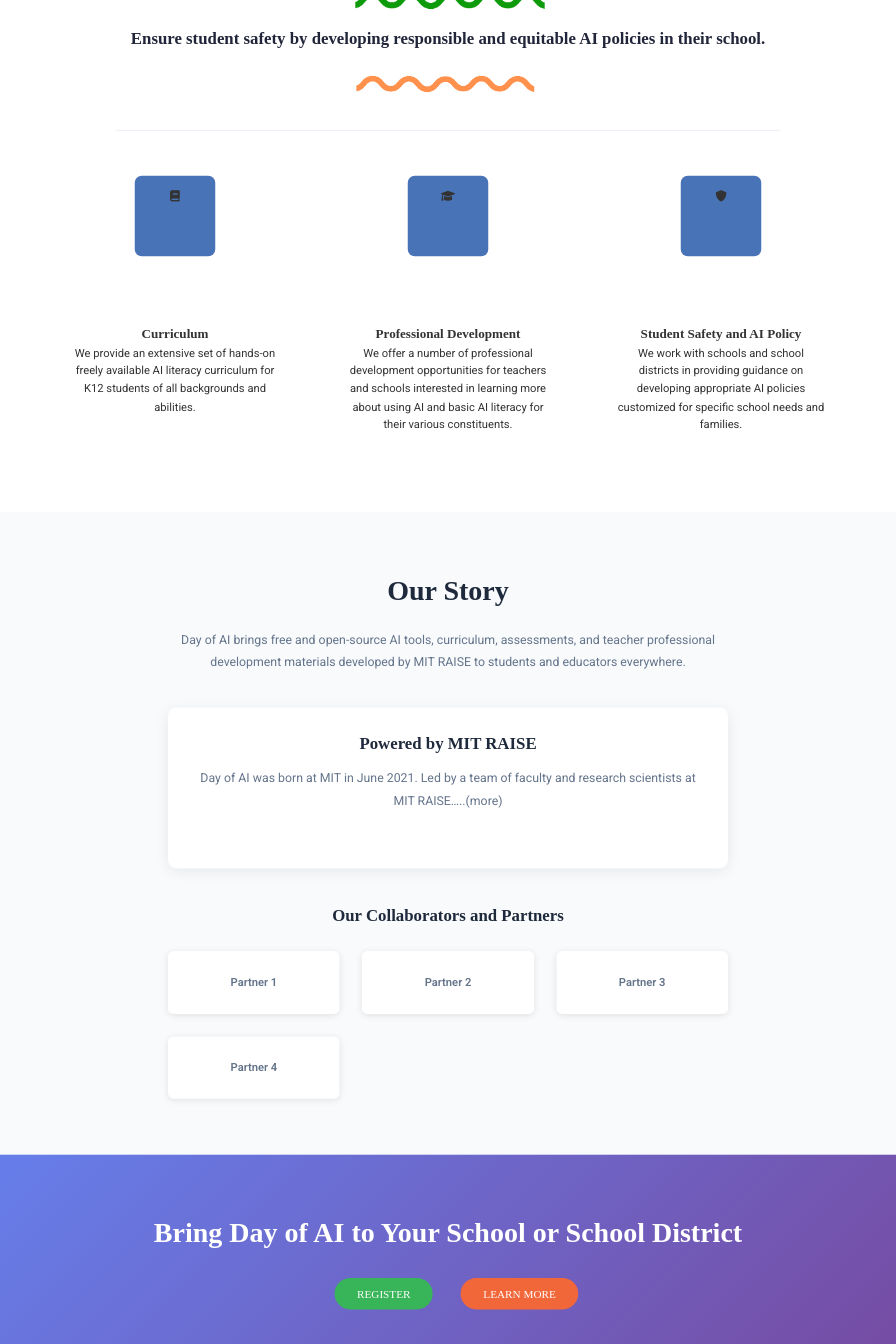
Repository: dinhtri123/dayofai
Page: index.html
An editor plug-in stored every save of this project. The page is shown before and after the next save, followed by the edit.
The browser window is 1280 px wide. The pictures show the part of the page from y = 1242 to 3162 px (the page is 3730 px tall before and 3734 px after), at 70% of full size.
A picture or video elsewhere on the page could not be fetched, so the positions and the page height are approximate. Some web fonts or font styles are not loaded; a fallback is used.

Above is the page before, as saved 2025-06-29 08:52:39.

### index.html
<!DOCTYPE html>
<html lang="en">

<head>
  <meta charset="UTF-8">
  <meta name="viewport" content="width=device-width, initial-scale=1.0">
  <title>Day of AI - AI is for everyone</title>
  <link rel="stylesheet" href="styles.css">
  <link rel="preconnect" href="https://fonts.googleapis.com">
  <link rel="preconnect" href="https://fonts.gstatic.com" crossorigin>
  <link href="https://fonts.googleapis.com/css2?family=Gugi&family=Roboto:ital,wght@0,100..900;1,100..900&display=swap"
    rel="stylesheet">
  <link rel="stylesheet" href="https://cdnjs.cloudflare.com/ajax/libs/font-awesome/6.0.0/css/all.min.css">
</head>

<body>
  <!-- Header -->
  <header class="header">
    <nav class="navbar container">
      <div class="nav-container">
        <div class="nav-logo">
          <img src="./images/logo.svg" alt="Day of AI Logo">
        </div>

        <div class="header-main">
          <div class="header-search">
            <i class="fa-solid fa-magnifying-glass"></i>
            <input type="search" name="search" id="search" placeholder="SEARCH">
          </div>
          <div class="header-menu">
            <ul class="nav-menu">
              <li class="nav-item dropdown">
                <a href="#" class="nav-link">Teachers <i class="fa-solid fa-caret-down"></i></a>
                <ul class="dropdown-menu">
                  <li><a href="#">Curriculum</a></li>
                  <li><a href="#">Seasonal and Monthly Activities</a></li>
                  <li><a href="#">Professional Development</a></li>
                  <li><a href="#">Family Resources</a></li>
                </ul>
              </li>
              <li class="nav-item dropdown">
                <a href="#" class="nav-link">School Administrators <i class="fa-solid fa-caret-down"></i></a>
                <ul class="dropdown-menu">
                  <li><a href="#">Professional Development</a></li>
                  <li><a href="#">Curriculum</a></li>
                  <li><a href="#">Student Safety & AI Policy</a></li>
                  <li><a href="#">Family Resources</a></li>
                </ul>
              </li>
              <li class="nav-item">
                <a href="#" class="nav-link">International</a>
              </li>
              <li class="nav-item">
                <a href="#" class="nav-link">Partners</a>
              </li>
              <li class="nav-item dropdown">
                <a href="#" class="nav-link">About Us <i class="fa-solid fa-caret-down"></i></a>
                <ul class="dropdown-menu">
                  <li><a href="#">Our Team</a></li>
                  <li><a href="#">Our Story</a></li>
                  <li><a href="#">FAQ</a></li>
                  <li><a href="#">News & Impact</a></li>
                </ul>
              </li>
              <li class="nav-item">
                <a href="#" class="nav-link">Contact Us</a>
              </li>
            </ul>
            <div class="nav-buttons">
              <button class="btn btn-primary">Register</button>
            </div>
          </div>
        </div>


        <div class="hamburger">
          <span class="icon-menu">
            <i class="fa-solid fa-bars"></i>
          </span>
          <span class="icon-close">
            <i class="fa-solid fa-xmark"></i>
          </span>
        </div>
      </div>
    </nav>
  </header>

  <main>
    <!-- Hero Section -->
    <section class="hero">
      <div class="hero-video">
        <video src="./images/hero-video-short2.mp4" autoplay muted loop></video>
      </div>
      <div class="container">
        <div class="hero-content">
          <h1 class="hero-title">AI is for everyone.</h1>
          <p class="hero-subtitle">Empower your school and your students to thrive in a world of AI!</p>
          <div class="hero-bottom">
            <h3>Day of AI + Common Sense Media Have Teamed Up for Families!</h3>
            <button class="btn btn-primary">Learn More</button>
          </div>
        </div>
      </div>
    </section>
    <section class="section-desc">
      <div class="container">
        <div class="content-grid">
          <div class="content-item">
            <h2>Day of AI isn't just one day</h2>
            <p>—it's your day to explore AI whenever it fits your schedule! Whether a single lesson or a full event, Day
              of AI can be run at your school over a day, week, month, or year. Feel free to contact us to help you
              decide
              how to bring AI literacy to your students!</p>
          </div>

          <div class="content-item">
            <h2>We work with schools and school districts to:</h2>
            <div class="services-grid">
              <div class="service-card">
                <h3>Create AI literacy programs for all school stakeholders, including students, teachers,
                  administrators,
                  and families.</h3>
                  <img src="./images/line1.webp" alt="">
              </div>
              <div class="service-card">
                <h3>Train and educate teachers on how to use AI and AI-enabled tools to support their work.</h3>
                <img src="./images/line2.webp" alt="">
              </div>
              <div class="service-card">
                <h3>Ensure student safety by developing responsible and equitable AI policies in their school.</h3>
                <img src="./images/line3.webp" alt="">
              </div>
            </div>
          </div>
        </div>
      </div>
    </section>

    <!-- Features Section -->
    <section class="features">
      <div class="container">
        <div class="features-grid">
          <div class="feature-card">
            <div class="feature-icon">
              <i class="fas fa-book"></i>
            </div>
            <h3>Curriculum</h3>
            <p>We provide an extensive set of hands-on freely available AI literacy curriculum for K12 students of all
              backgrounds and abilities.</p>
          </div>

          <div class="feature-card">
            <div class="feature-icon">
              <i class="fas fa-graduation-cap"></i>
            </div>
            <h3>Professional Development</h3>
            <p>We offer a number of professional development opportunities for teachers and schools interested in
              learning
              more about using AI and basic AI literacy for their various constituents.</p>
          </div>

          <div class="feature-card">
            <div class="feature-icon">
              <i class="fas fa-shield-alt"></i>
            </div>
            <h3>Student Safety and AI Policy</h3>
            <p>We work with schools and school districts in providing guidance on developing appropriate AI policies
              customized for specific school needs and families.</p>
          </div>
        </div>
      </div>
    </section>

    <!-- About Section -->
    <section class="about">
      <div class="container">
        <div class="about-content">
          <h2>Our Story</h2>
          <p>Day of AI brings free and open-source AI tools, curriculum, assessments, and teacher professional
            development
            materials developed by MIT RAISE to students and educators everywhere.</p>

          <div class="mit-section">
            <h3>Powered by MIT RAISE</h3>
            <p>Day of AI was born at MIT in June 2021. Led by a team of faculty and research scientists at MIT
              RAISE…..(more)</p>
          </div>

          <div class="partners-section">
            <h3>Our Collaborators and Partners</h3>
            <div class="partners-grid">
              <div class="partner-logo">Partner 1</div>
              <div class="partner-logo">Partner 2</div>
              <div class="partner-logo">Partner 3</div>
              <div class="partner-logo">Partner 4</div>
            </div>
          </div>
        </div>
      </div>
    </section>

    <!-- CTA Section -->
    <section class="cta">
      <div class="container">
        <div class="cta-content">
          <h2>Bring Day of AI to Your School or School District</h2>
          <div class="cta-buttons">
            <button class="btn btn-primary">Register</button>
            <button class="btn btn-secondary">Learn More</button>
          </div>
        </div>
      </div>
    </section>
  </main>

  <!-- Footer -->
  <footer class="footer">
    <div class="container">
      <div class="footer-content">
        <div class="footer-section">
          <p>&copy; 2025, Day of AI. All Rights Reserved.</p>
          <div class="footer-links">
            <a href="#">Privacy Policy</a>
            <a href="#">Accessibility</a>
            <a href="#">Terms of Use</a>
            <a href="#">Boston Web Design</a>
          </div>
        </div>

        <div class="footer-legal">
          <p>Unless stated otherwise, the DAY OF AI curriculum is licensed under a Creative Commons
            Attribution-NonCommercial-ShareAlike 4.0 International License (the "DAY OF AI Creative Commons license").
            The DAY OF AI Creative Commons license does not include a license to use the trademarks and service marks,
            DAY OF AI, DAY OF AI (and Design), the DAY OF AI logo, MASSACHUSETTS INSTITUTE OF TECHNOLOGY, MIT, the MIT
            logo, MIT RAISE, RAISE, or any other trademarks, service marks, or other intellectual property, owned by, or
            associated with, Massachusetts Institute of Technology, and such use is expressly excluded. DAY OF AI, DAY
            OF AI (and Design), and the DAY OF AI logo are trademarks and service marks of MASSACHUSETTS INSTITUTE OF
            TECHNOLOGY. All rights are reserved.</p>
        </div>

        <div class="footer-translate">
          <button class="translate-btn">Translate »</button>
        </div>
      </div>
    </div>
  </footer>

  <script src="script.js"></script>
</body>

</html>

### styles.css
:root {
  --font-family: "Roboto", sans-serif;
  --font-secondary: "Gugi", cursive;
  --color-primary: #4873b7;
  --color-secondary: #37b558;
  --color-third: #f26739;
}
* {
  margin: 0;
  padding: 0;
  box-sizing: border-box;
}

body {
  font-family: var(--font-family);
  line-height: 1.6;
  color: #333;
  overflow-x: hidden;
}

.container {
  max-width: 1170px;
  margin: 0 auto;
  padding: 0 15px;
}
h1,h2,h3,h4,h5,h6{
  font-family: var(--font-secondary);
}

/* Header Styles */
.header {
  background: #fff;
  box-shadow: 0 2px 10px rgba(0, 0, 0, 0.1);
  width: 100%;
}
.header-main {
  display: flex;
  flex-direction: column;
  flex: 1;
}
.header-search {
  display: flex;
  align-items: center;
  justify-content: end;
  border-bottom: 1px solid var(--color-primary);
  height: 35px;
}
.header-search input {
  border: none;
  outline: none;
  width: 100px;
  max-width: 300px;
  height: 100%;
  padding: 0 10px;
  transition: width 1s linear;
}
.header-search i {
  color: var(--color-secondary);
}

.navbar {
  padding: 10px 15px;
}

.nav-container {
  display: flex;
  justify-content: space-between;
  align-items: center;
}
.nav-logo {
  max-width: 160px;
  width: 100%;
  height: auto;
}

.nav-logo img {
  max-width: 90px;
  width: 100%;
  height: auto;
}

.header-menu {
  display: flex;
  align-items: center;
  justify-content: end;
  flex-wrap: wrap;
}
.nav-menu {
  display: flex;
  list-style: none;
  align-items: center;
}

.nav-item {
  position: relative;
}

.nav-link {
  text-decoration: none;
  color: #333;
  font-weight: 500;
  padding: 20px 16px;
  transition: color 0.3s ease;
  display: flex;
  align-items: center;
  gap: 5px;
}

.nav-link:hover {
  color: #2563eb;
}
.nav-link i {
  color: var(--color-primary);
}

.dropdown-menu {
  position: absolute;
  top: 100%;
  left: 0;
  background: #fff;
  box-shadow: 0 4px 20px rgba(0, 0, 0, 0.15);
  border-radius: 8px;
  min-width: 250px;
  width: max-content;
  opacity: 0;
  visibility: hidden;
  transform: translateY(-10px);
  transition: all 0.3s ease;
  list-style: none;
  overflow: hidden;
}

.dropdown:hover .dropdown-menu {
  opacity: 1;
  visibility: visible;
  transform: translateY(0);
}

.dropdown-menu li a {
  display: block;
  padding: 0.75rem 1.5rem;
  color: #333;
  text-decoration: none;
  transition: background-color 0.2s ease;
}

.dropdown-menu li a:hover {
  background-color: var(--color-primary);
  color: #fff;
}

.btn {
  display: flex;
  align-items: center;
  margin-left: 24px;
  font-family: var(--font-secondary);
  background-color: var(--color-secondary);
  color: #fff;
  padding: 0px 32px;
  border-radius: 30px;
  min-height: 45px;
  text-transform: uppercase;
  border: none;
  line-height: 1;
  font-size: 16px;
  transition: all 0.3s ease;
}
.btn-primary {
  background-color: var(--color-secondary);
}
.btn-primary:hover {
  background-color: var(--color-third);
}
.btn-secondary {
  background-color: var(--color-third);
  color: white;
}
.btn-secondary:hover {
  background-color: var(--color-secondary);
}
.bth-third {
  background: transparent;
  color: white;
  border: 1px solid white;
}
.bth-third:hover {
  background-color: var(--color-secondary);
}
.hamburger {
  display: none;
  flex-direction: column;
  cursor: pointer;
}
.hamburger i {
  font-size: 20px;
  color: black;
}

/* Hero Section */
.hero {
  color: #fff;
  position: relative;

  text-align: center;
}
.hero-content {
  position: relative;
  z-index: 1;
  min-height: 500px;
  display: flex;
  flex-direction: column;
  align-items: center;
  justify-content: center;
}
.hero-video {
  position: absolute;
  top: 0;
  left: 0;
  width: 100%;
  height: 100%;
  z-index: -1;
  overflow: hidden;
}
.hero-video::before {
  content: "";
  position: absolute;
  top: 0;
  left: 0;
  width: 100%;
  height: 100%;
  background: rgba(0, 0, 0, 0.5);
}
.hero-video video {
  width: 100%;
}

.hero-title {
  font-size: 64px;
  font-family: var(--font-secondary);
  font-weight: 700;
  margin-bottom: 8px;
  line-height: 1.2;
}

.hero-subtitle {
  font-size: 30px;
  max-width: 500px;
  margin: 0 auto;
}

.hero-bottom {
  display: flex;
  align-items: center;
  justify-content: space-between;
  gap: 16px;
  position: absolute;
  bottom: -30px;
  left: 50%;
  transform: translateX(-50%);
  background: var(--color-third);
  min-height: 60px;
  border-radius: 30px;
  width: 100%;
}
.hero-bottom h3 {
  font-size: 24px;
  color: white;
  padding: 0px 20px;
  font-weight: 300;
}
.hero-bottom button {
  background: var(--color-primary);
  padding: 0px 48px;
  text-transform: uppercase;
  font-family: var(--font-secondary);
  min-height: inherit;
}

.section-desc {
  padding: 100px 0 80px;
}

.content-grid {
  max-width: 950px;
  margin: 0 auto;
  text-align: center;
}
.content-item {
  border-bottom: 1px solid #e2e8f0;
  padding: 15px 0px;
}

.content-item h2 {
  font-size: 38px;
  color: var(--color-primary);
  margin-bottom: 8px;
  font-weight: 500;
}

.content-item p {
  font-size: 24px;
  font-family: var(--font-secondary);
  color: #212539;
}
.services-card {
  text-align: center
}
.service-card h3 {
  color: #212539;
  font-size: 24px;
  font-weight: 600;
}
.service-card img {
  max-width: 300px;
  margin: 0 auto;
}

/* Features Section */
.features {
  padding: 80px 0;
  background: #fff;
}

.features-grid {
  display: grid;
  grid-template-columns: repeat(3, 1fr);
  gap: 30px;
}
.feature-card {
  text-align: center;
  padding: 115px 32px 32px;
  position: relative;
}
.feature-card .feature-icon {
  position: absolute;
  top: -50%;
  left: 50%;
  transform: translate(-50%, 50%);
  width: 115px;
  height: 115px;
  background: var(--color-primary);
  border-radius: 10px;
  padding: 16px;
}

/* About Section */
.about {
  padding: 80px 0;
  background: #f8fafc;
}

.about-content {
  max-width: 800px;
  margin: 0 auto;
  text-align: center;
}

.about-content h2 {
  font-size: 2.5rem;
  font-weight: 600;
  margin-bottom: 1.5rem;
  color: #1e293b;
}

.about-content p {
  font-size: 1.1rem;
  color: #64748b;
  line-height: 1.8;
  margin-bottom: 3rem;
}

.mit-section {
  background: #fff;
  padding: 2rem;
  border-radius: 12px;
  margin: 2rem 0;
  box-shadow: 0 4px 20px rgba(0, 0, 0, 0.08);
}

.mit-section h3 {
  font-size: 1.5rem;
  font-weight: 600;
  margin-bottom: 1rem;
  color: #1e293b;
}

.partners-section {
  margin-top: 3rem;
}

.partners-section h3 {
  font-size: 1.5rem;
  font-weight: 600;
  margin-bottom: 2rem;
  color: #1e293b;
}

.partners-grid {
  display: grid;
  grid-template-columns: repeat(auto-fit, minmax(200px, 1fr));
  gap: 2rem;
}

.partner-logo {
  background: #fff;
  padding: 2rem;
  border-radius: 8px;
  text-align: center;
  box-shadow: 0 2px 10px rgba(0, 0, 0, 0.1);
  font-weight: 600;
  color: #64748b;
}

/* CTA Section */
.cta {
  padding: 80px 0;
  background: linear-gradient(135deg, #667eea 0%, #764ba2 100%);
  color: #fff;
  text-align: center;
}

.cta-content h2 {
  font-size: 2.5rem;
  font-weight: 600;
  margin-bottom: 2rem;
}

.cta-buttons {
  display: flex;
  gap: 1rem;
  justify-content: center;
  flex-wrap: wrap;
}

/* Footer */
.footer {
  background: #1e293b;
  color: #fff;
  padding: 60px 0 30px;
}

.footer-content {
  display: grid;
  gap: 2rem;
}

.footer-section {
  display: flex;
  justify-content: space-between;
  align-items: center;
  flex-wrap: wrap;
  gap: 1rem;
}

.footer-links {
  display: flex;
  gap: 2rem;
  flex-wrap: wrap;
}

.footer-links a {
  color: #cbd5e1;
  text-decoration: none;
  transition: color 0.3s ease;
}

.footer-links a:hover {
  color: #fff;
}

.footer-legal {
  border-top: 1px solid #334155;
  padding-top: 2rem;
}

.footer-legal p {
  font-size: 0.9rem;
  color: #94a3b8;
  line-height: 1.6;
}

.footer-translate {
  text-align: center;
  padding-top: 2rem;
}

.translate-btn {
  background: transparent;
  color: #cbd5e1;
  border: 1px solid #475569;
  padding: 0.5rem 1rem;
  border-radius: 6px;
  cursor: pointer;
  transition: all 0.3s ease;
}

.translate-btn:hover {
  background: #475569;
  color: #fff;
}

/* Responsive Design */
@media (max-width: 768px) {
  .header-main {
    position: absolute;
    top: 100%;
    left: 0px;
    flex-direction: column;
    background-color: #fff;
    width: 100%;
    text-align: center;
    transition: 0.3s;
    box-shadow: 0 10px 27px rgba(0, 0, 0, 0.05);
    z-index: 1000;
    display: none;
  }
  .header-main.active {
    display: flex;
  }
  .nav-menu.active {
    left: 0;
  }
  .header-search {
    padding: 0px 15px;
  }
  .navbar {
    padding: 10px 15px !important;
  }
  .nav-menu li {
    width: 100%;
  }
  .nav-logo img {
    max-width: 50px;
  }
  .nav-link {
    justify-content: space-between;
  }
  .header-search input {
    width: 100%;
    max-width: 100%;
  }
  .dropdown-menu {
    position: static;
    opacity: 1;
    visibility: visible;
    transform: none;
    box-shadow: none;
    width: 100%;
    display: none;
  }
  .dropdown-menu.active {
    display: block;
  }
  .dropdown-menu li a {
    text-align: left;
    padding: 10px 16px;
    border-bottom: 1px solid #e2e8f0;
  }
  .nav-menu > li {
    border-bottom: 1px solid #e2e8f0;
  }
  .hamburger {
    display: flex;
    width: 40px;
    height: 40px;
    align-items: center;
    justify-content: center;
  }
  .nav-menu {
    flex-direction: column;
    width: 100%;
  }
  .header-menu {
    justify-content: start;
  }
  .icon-close {
    display: none;
  }
  .hamburger.active .icon-menu {
    display: none;
  }

  .hamburger.active .icon-close {
    display: block;
  }

  .nav-buttons {
    display: none;
  }

  .hero-title {
    font-size: 2.5rem;
  }

  .hero-subtitle {
    font-size: 1.1rem;
  }

  .content-item h2,
  .about-content h2,
  .cta-content h2 {
    font-size: 2rem;
  }

  .services-grid,
  .features-grid {
    grid-template-columns: 1fr;
  }

  .footer-section {
    flex-direction: column;
    text-align: center;
  }

  .footer-links {
    justify-content: center;
  }

  .cta-buttons {
    flex-direction: column;
    align-items: center;
  }

  .cta-buttons .btn {
    width: 100%;
    max-width: 300px;
  }
}

@media (max-width: 480px) {
  .container {
    padding: 0 15px;
  }

  .hero {
    padding: 100px 0 60px;
  }

  .hero-title {
    font-size: 2rem;
  }

  .main-content,
  .features,
  .about,
  .cta {
    padding: 60px 0;
  }

  .service-card,
  .feature-card {
    padding: 1.5rem;
  }
}

/* Animations */
@keyframes fadeInUp {
  from {
    opacity: 0;
    transform: translateY(30px);
  }
  to {
    opacity: 1;
    transform: translateY(0);
  }
}

### script.js
// Header Search
const media = window.matchMedia("(min-width: 768px)");
if (media.matches) {
  const searchInput = document.querySelector(".header-search input");

  searchInput.addEventListener("click", () => {
    searchInput.style.width = "100%";
  });
  document.addEventListener("click", (e) => {
    if (!searchInput.contains(e.target)) {
      searchInput.style.width = "100px";
    }
  });
}
if (!media.matches) {
  const dropdownMenu = Array.from(document.querySelectorAll(".nav-item.dropdown"));
  dropdownMenu.map(item => {
    item.addEventListener("click", () => {
      item.querySelector(".dropdown-menu").classList.toggle("active");
    })
  })
}

// Mobile Navigation Toggle
const hamburger = document.querySelector(".hamburger");
const headerMain = document.querySelector(".header-main");

hamburger.addEventListener("click", () => {
  if(hamburger.classList.contains("active")){
    hamburger.classList.remove("active");
    headerMain.classList.remove("active");
  } else {
    hamburger.classList.add("active");
    headerMain.classList.add("active");
  }
});

After the next save:
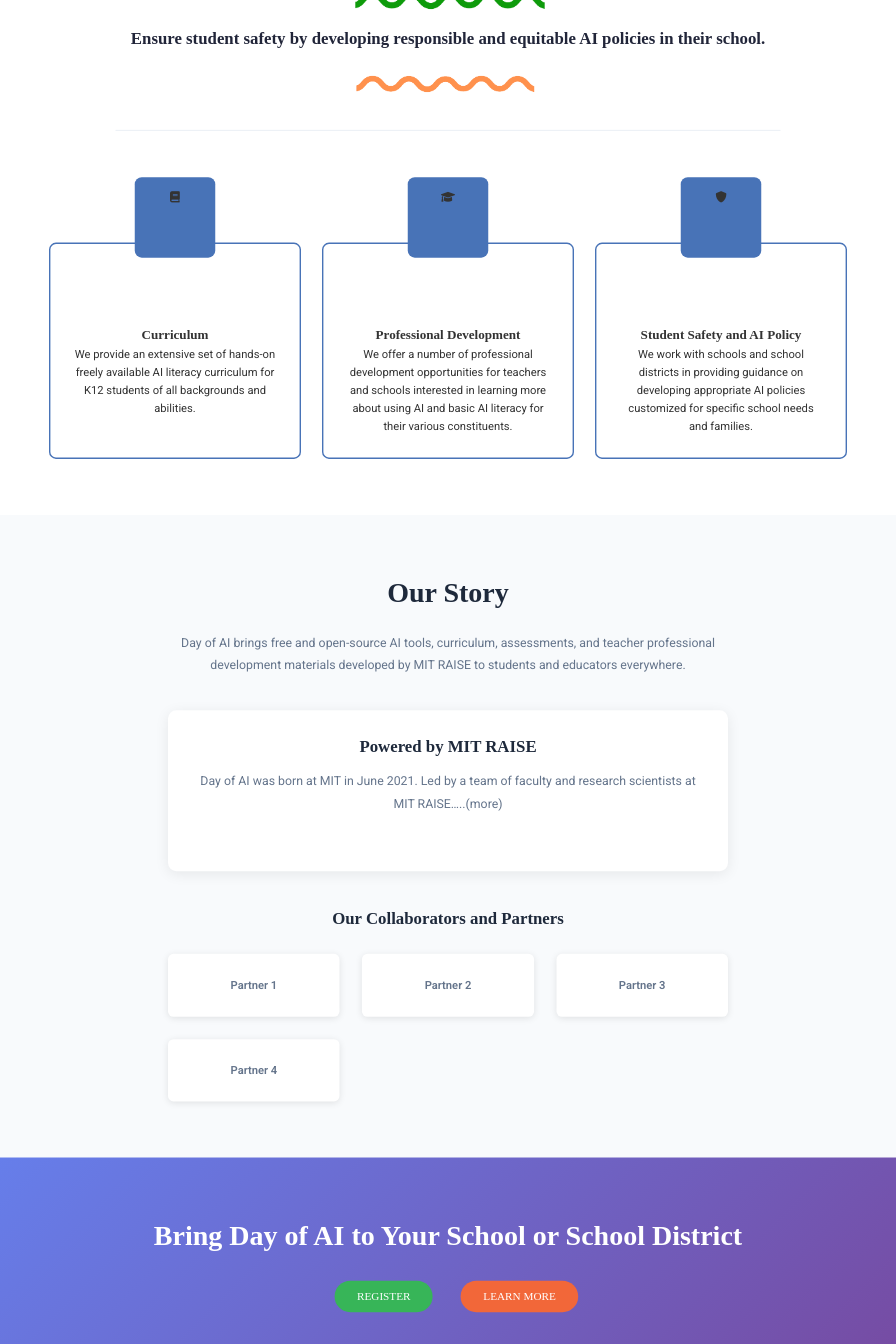
Saved 17 s later.
--- a/styles.css
+++ b/styles.css
@@ -330,6 +330,8 @@
   text-align: center;
   padding: 115px 32px 32px;
   position: relative;
+  border: 2px solid var(--color-primary);
+  border-radius: 10px;
 }
 .feature-card .feature-icon {
   position: absolute;
